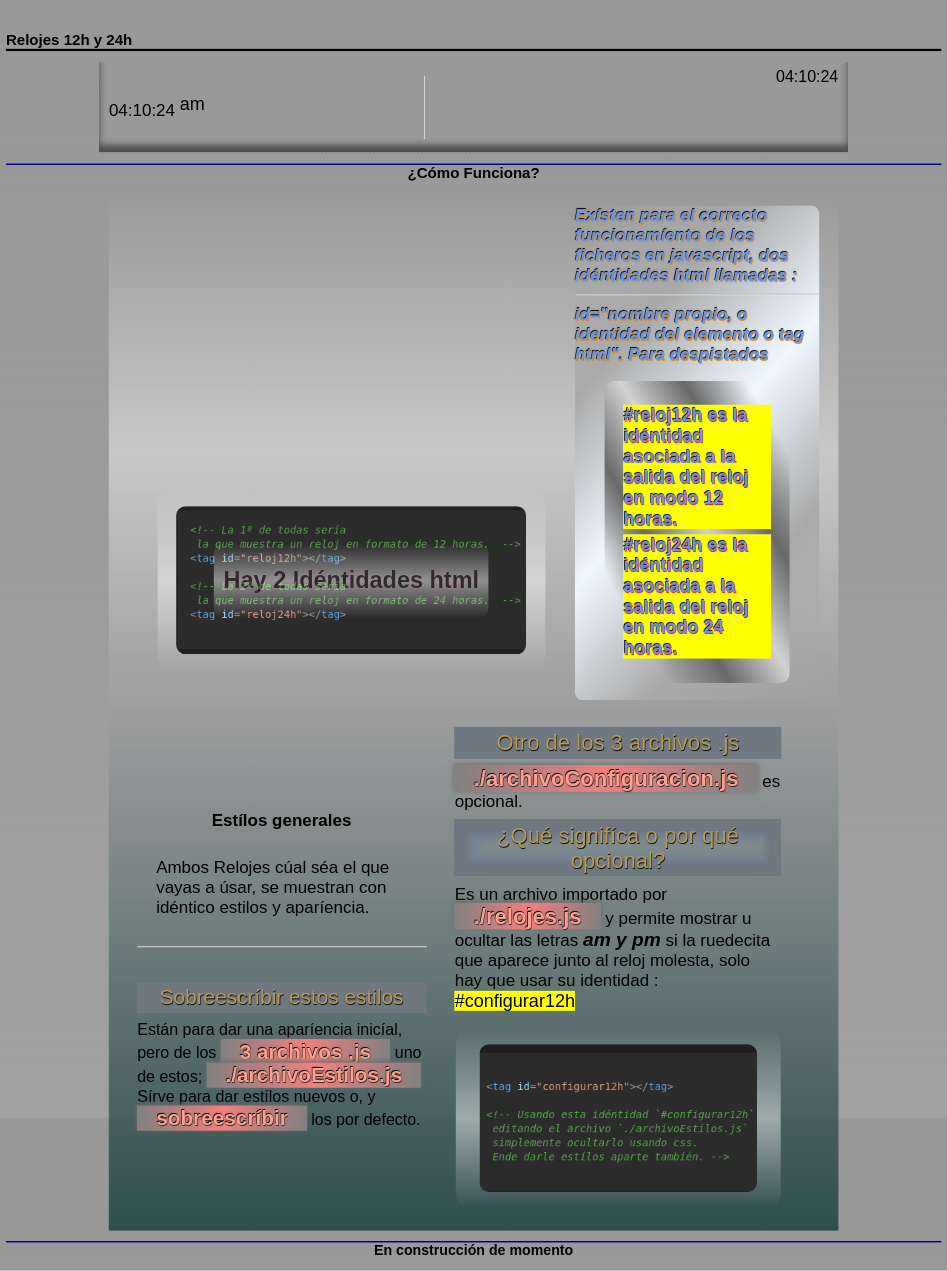
Repository: marcostonfor/clocks
Page: index.html
These files come from the project's save history. The page is drawn as it stood at one moment and after the next save; the edit follows.
The browser window is 1280 px wide. The pictures show the whole page, at 74% of full size.
Some web fonts or font styles are not loaded; a fallback is used.

Above is the page before, as saved 2024-09-19 04:43:12.

### index.html
<!DOCTYPE html>
<html lang="ca-ES, en-US">

<head>
    <meta charset="utf-8">
    <meta name="viewport" content="width=device-width, initial-scale=1">
    <title>relojes</title>
    <style>
        @import url('https://fonts.cdnfonts.com/css/nahista');
        @import url('https://fonts.cdnfonts.com/css/i-ichimaru');
        * {
            box-sizing: border-box;
            font-size: calc(1em * 1.062);
        }

        :root {
           --font-size-standard: calc(1em * 1.30);
        }

        body {
            background-image: repeating-linear-gradient(0deg, hsla(0, 0%, 41%, 0.63) 12%, hsla(0, 0%, 0%, 0.404));
            /* font-family: 'i Ichimaru', sans-serif; */
            font-family: 'Nahista', sans-serif;
        }

        h1 {
            margin-top: 6vh;
            border-bottom: 0.3vw solid black;
        }

        #dosRelojes {
            width: 80%;
            height: auto;
            margin: 2vh auto;
            padding: 1vh 1vw;
            display: flex;
            border-bottom: 0.1vw dashed gray;
            /* box-shadow: inset -0.2vh 0 06px hsl(41, 100%, 50%); */
            box-shadow: inset 0 -10px 10px rgba(0, 0, 0, 0.5);
        }

        summary::marker {
            content: none !important;
        }

        summary {
            cursor: pointer !important;
            color: orangered;
            text-decoration: underline;
            margin: 0.5vh auto;
            font-size: 12pt;
        }

        #caja12h {
            display: flex;
            align-items: center;
            justify-content: stretch;
            margin-right: -12vw;
        }

        .dividerY {
            height: 12vh !important;

        }

        #reloj12h, #reloj24h {
            height: fit-content !important;
        }

        #reloj12h {
            margin-right: -2vw;
        }

        #configurar12h {
            display: none !important;
        }

        h2 {
            text-align: center;
            margin-top: 2vh;
            border-top: 0.2vw solid darkblue;
        }

        #identidades_principales {
            display: flex;
            justify-content: space-around;
            align-items: last baseline;
            padding: 2vh 2vw;
            width: 78%;
            margin: auto auto;
            background-image: repeating-linear-gradient(0deg, transparent, hsla(0, 0%, 96%, 0.5), transparent);
            border-radius: 0.755vw;
        }

        .conFoto figure {
            position: relative;
            display: flex;
            align-items: center;
            justify-content: center;
            background-image: repeating-linear-gradient(0deg, transparent, hsla(0, 0%, 96%, 0.5), transparent);
            padding: 3vh 2vw;
            border-radius: 1.6vw;
        }

        .conFoto figure img {
            border-radius: 1vw;
        }

        .conFoto figure figcaption {
            padding: 0vh 1vw;
            position: absolute;
            border-radius: 1vw;
            text-shadow: 0 0 1px hotpink;
            font-size: var(--font-size-standard);
            background-image: repeating-linear-gradient(0deg, transparent, hsla(0, 0%, 96%, 0.5), transparent);
            mix-blend-mode: screen;
        }

        .conFoto p {
            width: 85%;
            margin: 2vh auto;
        }

        .conTexto {
            width: fit-content;
            height: auto;
            color: cornflowerblue;
            font-weight: bold;
            text-shadow: 0.1vh 0.1vw 1px rgb(220, 140, 20), -0.1vh -0.1vw 1px hsl(0, 0%, 0%);
            background-image: repeating-linear-gradient(132deg, transparent, darkgray, aliceblue, darkgray, transparent);
            border-radius: 0.8vw;
        }

        .conTexto blockquote {
            padding: 2vw;
            border-radius: 1vw;
            background-image: linear-gradient(-120deg, transparent 12%, dimgray, lightgray, dimgray, transparent, transparent);
        }

        .conTexto blockquote mark {
            text-shadow: 0.1vh 0.1vw 1px rgb(220, 20, 60), -0.1vh -0.1vw 1px black;
            color: cornflowerblue !important;
            display: block;
            margin: 1vh auto;
        }

        #estilos_generales {
            width: 78%;
            margin: auto auto;
            padding: 1vh 3vw;
            display: flex;
            justify-content: space-around;
            align-items: center;
            background-image: repeating-linear-gradient(0deg, darkslategray, transparent);

        }

        #estilos_generales article h3 {
            text-align: center;
            width: fit-content;
            margin: 3vh auto;
        }

        #textoGeneral {
            padding: 2vh 2vw;
            width: fit-content;
            /* border: 0.2vw solid black; */
            overflow: hidden;
        }

        .hache3 {
            display: block !important;
            text-align: center;
            margin: 1.5vh auto;
            padding: 0.6vh 0vw;
            font-family: 'Nahista', sans-serif;
            font-weight: lighter;
            font-size: var(--font-size-standard);
            color: hsl(43, 39%, 53%);
            text-shadow: 0.1vh 0.1vw 1px black;
            box-shadow: inset 0 0 10px 21px hsla(0, 0%, 41%, 0.5), inset 1vh 0vw 10px 31px hsl(210, 14%, 53%);
        }

        .code_md {
            font-weight: bolder;
            font-size: var(--font-size-standard);
            background-image: repeating-linear-gradient(98deg, gray, hsl(0, 79%, 72%), gray);
            padding: 0.2vh 2vw;
            color: hsl(9, 100%, 78%);
            text-shadow: 0.1vh 0.1vw 1px hsl(0, 0%, 18%), -0.1vh -0.1vw 1px hsl(0, 0%, 0%);
            box-shadow: 0 -1.6px 6px dimgray;
            margin: 1vh auto !important;
        }
    </style>
</head>

<body>
    <header>
        <h1>Relojes 12h y 24h</h1>
        <aside id="dosRelojes">
            <aside id="caja12h">
                <div id="reloj12h"></div>
            </aside>
            <hr class="dividerY">
            <div id="reloj24h"></div>
        </aside>
        <nav></nav>
    </header>
    <main>
        <h2>¿Cómo Funciona?</h2>
        <section id="identidades_principales">
            <article class="conFoto">
                <figure>
                    <img src="./img/identidadesPrincipales.png" alt="foto de las id principales">
                    <figcaption>
                        <h3>Hay 2 Idéntidades html</h3>
                    </figcaption>
                </figure>
            </article>
            <article class="conTexto">
                <cite>Exísten para el correcto funcionamíento de los ficheros en javascript, dos idéntidades html
                    llamadas :</cite>
                <hr /><cite>id="nombre propio, o identidad del elemento o tag html". Para despistados</cite>
                <blockquote>
                    <mark>#reloj12h es la idéntidad asociada a la salida del reloj en modo 12 horas.</mark>

                    <mark>#reloj24h es la idéntidad asociada a la salida del reloj en modo 24 horas.</mark>
                </blockquote>
            </article>
        </section>
        <section id="estilos_generales">
            <article>
                <h3>Estílos generales</h3>
                <p id="textoGeneral">
                    Ambos Relojes cúal séa el que vayas a úsar, se muestran con idéntico estilos y aparíencia. <br>
                    <hr><br><strong class="hache3">Sobreescríbir estos estilos</strong>
                    Están para dar una aparíencia inicíal, <br> pero de los <span class="code_md">3 archivos .js</span>
                    uno de estos;

                    <span class="code_md">./archivoEstilos.js</span> Sírve para dar estílos nuevos o, y <span
                        class="code_md">sobreescríbir</span> los por defecto.
                </p>
            </article>
            <article class="conFoto">
                <p><strong class="hache3">Otro de los 3 archivos .js</strong>

                    <span class="code_md">./archivoConfiguracion.js</span> es opcional.

                    <strong class="hache3">¿Qué signifíca o por qué opcional?</strong>
                    Es un archivo importado por <span class="code_md">./relojes.js</span> y permite mostrar u ocultar las letras <em><strong>am y pm</strong></em>
                    si la ruedecita que aparece junto al reloj molesta, solo hay que usar su identidad : <mark>#configurar12h</mark>
                </p>
                <figure>
                    <img src="./img/fotoDetails12h.png" alt="foto de las id principales">
                    <figcaption>
                        <!-- <h3>Hay 2 Idéntidades html</h3> -->
                    </figcaption>
                </figure>

            </article>
        </section>
    </main>
    <h2>En construcción de momento</h2>
    <script type="module" src="./relojes.js"></script>
</body>

</html>

<!--<p>Este es un texto con un <span style="font-size: 125%;">texto 25% más grande</span> que el resto.</p>
-->

### relojes.js

import { estilosPersonales } from './archivoEstilos.js';
import { conf12h } from './archivoConfiguracion.js';
function laHora() {
	const Reloj = class {
		constructor(formato, salida) {
			this.ahora = new Date();
			this.reloj = {
				hora: this.ahora.getHours(),
				minuto: this.ahora.getMinutes(),
				segundo: this.ahora.getSeconds()
			};
			this._formato = formato;
			this._salida = salida;
		}

		get formato() {
			return this._formato;
		}

		get salida() {
			return this._salida;
		}

		set formato(horaActual) {
			this._formato = horaActual;
		}

		set salida(output) {
			this._salida = output;
		}

		anyadirCero(formatear) {
			return formatear <= 9 ? "0" + formatear : formatear;
		}

		_12h() {
			let horas = this.reloj.hora % 12;
			if (horas === 0) horas = 12;
			const amOpm = this.reloj.hora >= 12 ? "pm" : "am";
			this._formato = `${this.anyadirCero(horas)}:${this.anyadirCero(this.reloj.minuto)}:${this.anyadirCero(this.reloj.segundo)}<sup>${amOpm}</sup>`;
			return this._formato;
		}

		_24h() {
			this._formato = `${this.anyadirCero(this.reloj.hora)}:${this.anyadirCero(this.reloj.minuto)}:${this.anyadirCero(this.reloj.segundo)}`;
			return this._formato;
		}
	};

	const laSalida = () => {
		const salida = document.getElementById("reloj12h");
		const salida24h = document.getElementById("reloj24h");
		const doceHoras = new Reloj();
	//	salida.innerHTML = doceHoras._12h();
	//	salida24h.innerHTML = doceHoras._24h();

 // Verifica si existe el elemento #reloj12h
 if (salida) {
	salida.innerHTML = doceHoras._12h();
	conf12h(); // Llamada a la función conf12h() si el elemento existe
}

// Verifica si existe el elemento #reloj24h
if (salida24h) {
	salida24h.innerHTML = doceHoras._24h();
}


	function estiloscss(estilosPersonales) {

		const estils = document.createElement('STYLE');
		estils.textContent = `
* {
    box-sizing: border-box;
}

#dos {
    text-align: center;
    width: fit-content;
    border: 0.1vw solid black;
    font-size: 13pt;
    padding: 0.5vh 1vw;
    box-shadow: inset 0 0 10px 10px hsla(0, 0%, 41%, 0.397);
    font-family: 'Comic Sans MS';
    color: black;
    text-shadow: 0.1vh 0.1vw 1px orange;
    border-radius: 0.5vw;
}


sup {
    margin-left: 0.5vw !important;
}
	`;
		if (estilosPersonales) {
			estils.textContent += estilosPersonales;
		}


		document.head.appendChild(estils);
}

	// Llamada a la función con estilos adicionales
	estiloscss(estilosPersonales);


	};

// estiloscss();
return setInterval(laSalida, 1000);
}
laHora();

### archivoEstilos.js
export const estilosPersonales = `
   #reloj12h {
        background: transparent !important;
   }
    `;

### archivoConfiguracion.js
export function conf12h() {
    const config = document.createElement('DETAILS');
    config.setAttribute('id', 'configurar12h');
    const summary = document.createElement('SUMMARY');
    summary.innerHTML = `&#9881;`;
    config.appendChild(summary);

    // Verificar si el checkbox ya existe
    if (!document.getElementById('miCheckbox')) {
        const checkbox = document.createElement('input');
        checkbox.type = 'checkbox';
        checkbox.id = 'miCheckbox';
        checkbox.checked = true; // Mostrar <sup> por defecto

        const label = document.createElement('label');
        label.htmlFor = 'miCheckbox'; // Asegúrate de que coincida con el id del checkbox
        label.textContent = 'Ver "am" "pm"';

        // Crear un elemento <style> para manejar la visibilidad de <sup>
        let estils = document.getElementById('dynamicStyles');
        if (!estils) {
            estils = document.createElement('style');
            estils.id = 'dynamicStyles';
            document.head.appendChild(estils);
        }

        // Función para actualizar el estilo de <sup>
        const updateSupVisibility = () => {
            if (checkbox.checked) {
                estils.textContent = `
                    sup {
                        display: inline !important;
                    }
                `;
            } else {
                estils.textContent = `
                    sup {
                        display: none !important;
                    }
                `;
            }
        };

        // Inicializar el estilo de <sup>
        updateSupVisibility();

        // Agregar un evento al checkbox para alternar la visibilidad de <sup>
        checkbox.addEventListener('change', updateSupVisibility);

        const mostrarConfiguracion = document.getElementById('caja12h');
        // Agregar el checkbox y el label al cuerpo del documento
        label.appendChild(checkbox);
        config.appendChild(label);
        mostrarConfiguracion.appendChild(config);
    }
}

After the next save:
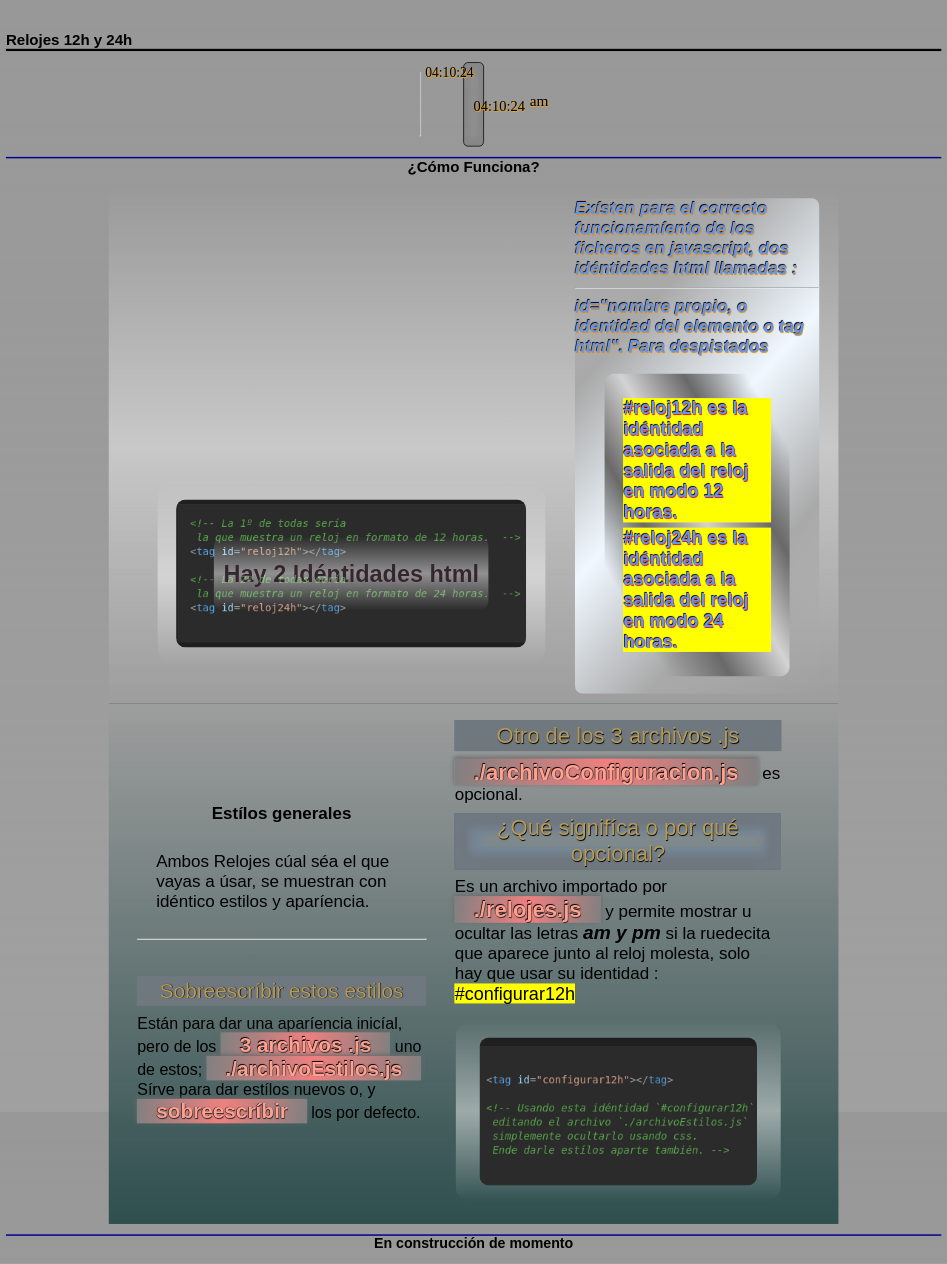
Saved 12 s later.
--- a/relojes.js
+++ b/relojes.js
@@ -75,7 +75,7 @@
     box-sizing: border-box;
 }
 
-#dos {
+#dosRelojes {
     text-align: center;
     width: fit-content;
     border: 0.1vw solid black;

After the 2 saves that followed:
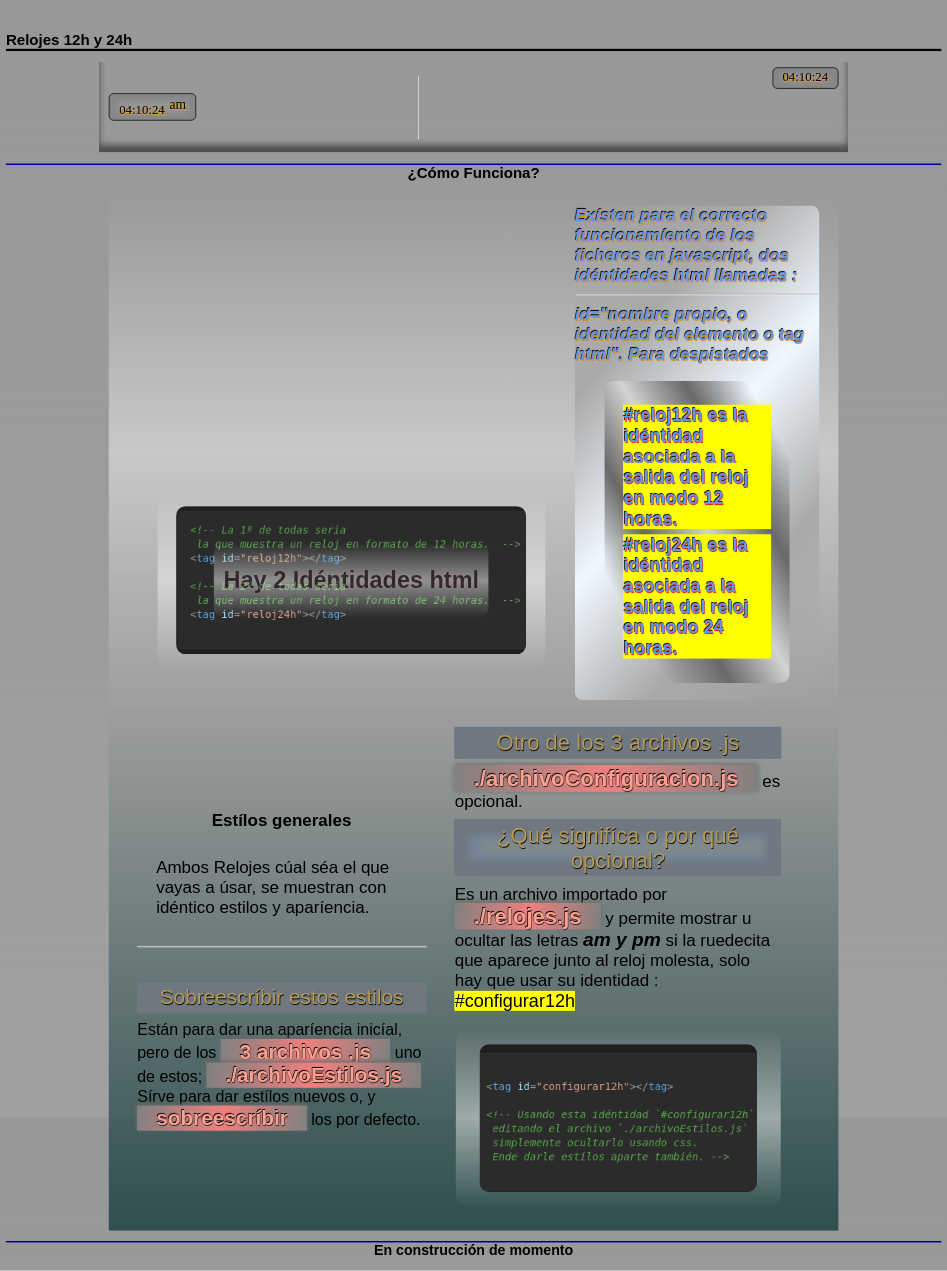
The 2 saves are shown as one change because 1 left the picture as it was.
The last was saved 16 s later.
--- a/relojes.js
+++ b/relojes.js
@@ -75,7 +75,7 @@
     box-sizing: border-box;
 }
 
-#dosRelojes {
+#dosRelojes div {
     text-align: center;
     width: fit-content;
     border: 0.1vw solid black;
